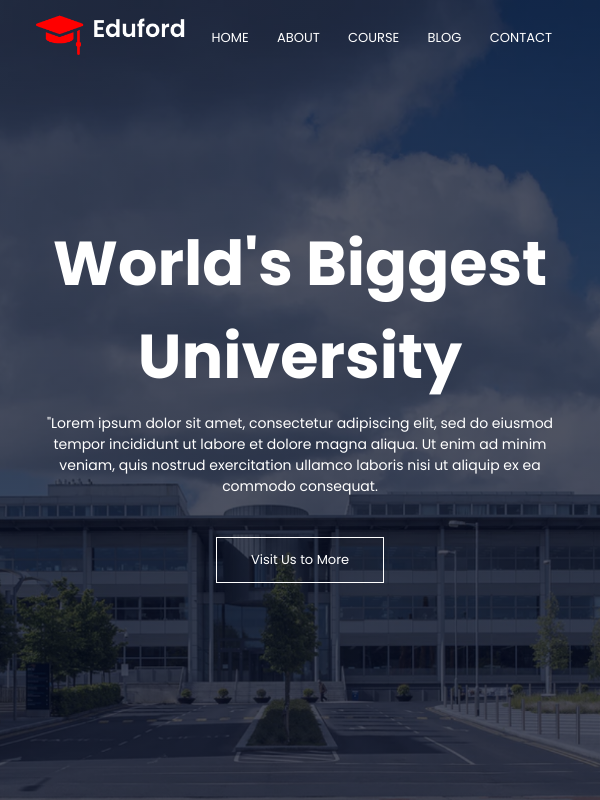
Repository: dewaary/company-profile
Page: index.html
An editor plug-in stored every save of this project. The page is shown before and after the next save, followed by the edit.
The browser window is 600 px wide. The pictures show the whole page.

Above is the page before, as saved 2021-05-06 21:43:47.

After the next save:
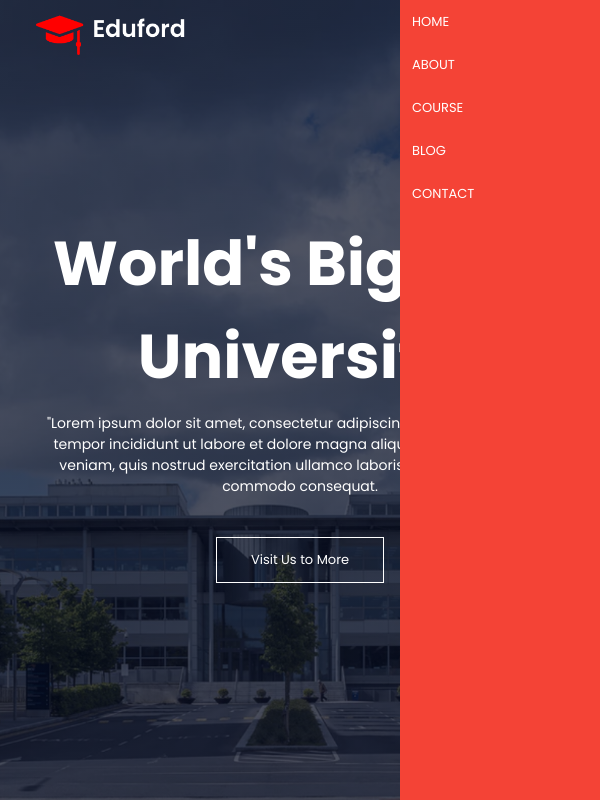
Saved 2 min 1 s later.
--- a/style.css
+++ b/style.css
@@ -99,4 +99,18 @@ nav img {
   .text-box h1 {
     font-size: 62px;
   }
+
+  .nav-links ul li {
+      display: block;
+  }
+  .nav-links{
+      position: absolute;
+      background: #f44336;
+      height: 100vh;
+      width: 200px;
+      top: 0;
+      right: 0;
+      text-align: left;
+      z-index: 2;
+  }
 }
